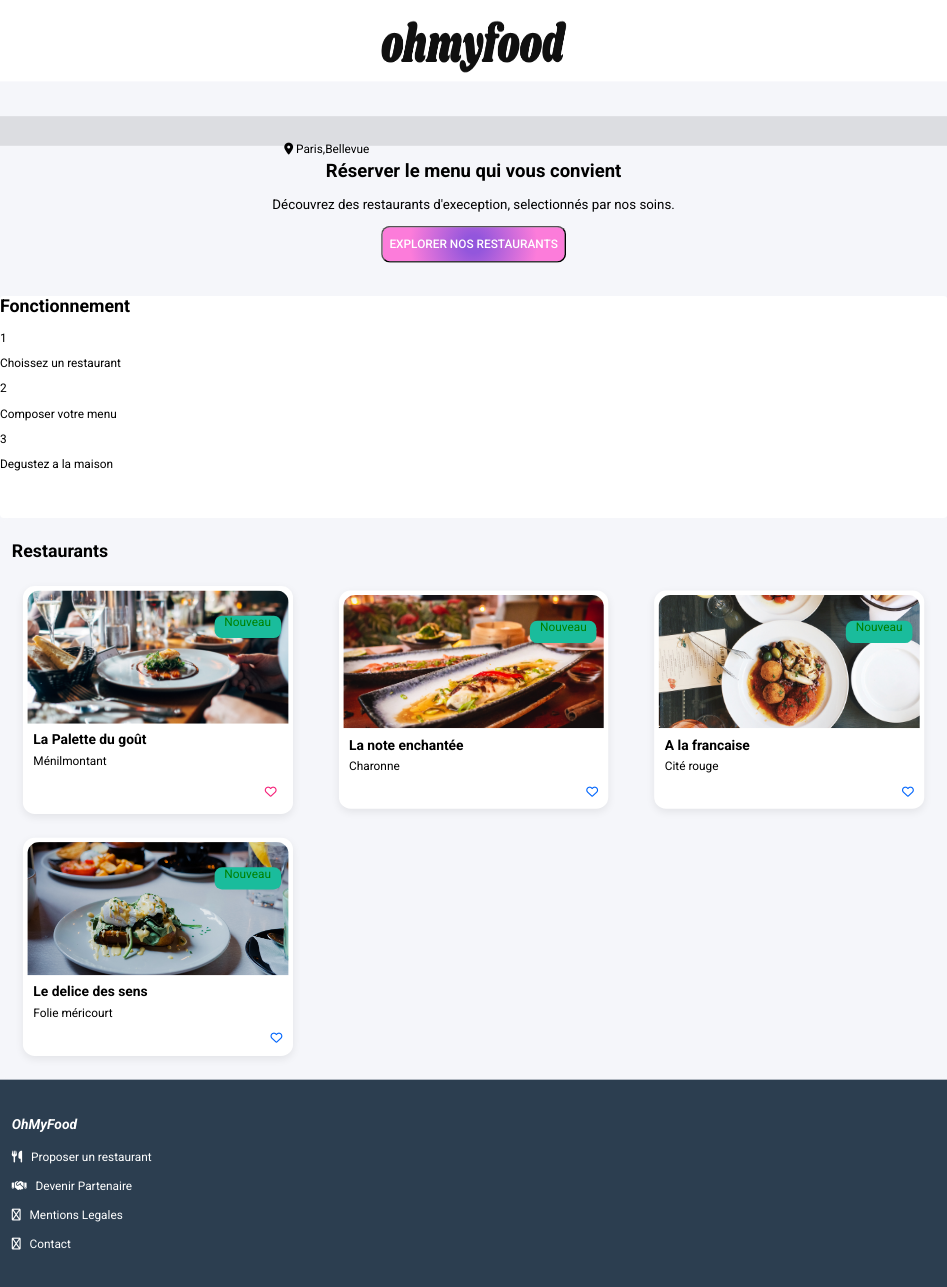
Repository: ultraasedev/ohmyfood
Page: index.html
These files come from the project's save history. The page is drawn as it stood at one moment and after the next save; the edit follows.
The browser window is 1280 px wide. The pictures show the whole page, at 74% of full size.
Some web fonts or font styles are not loaded; a fallback is used. Some web libraries are served in a nearby version.

Above is the page before, as saved 2022-10-27 18:41:59.

After the next save:
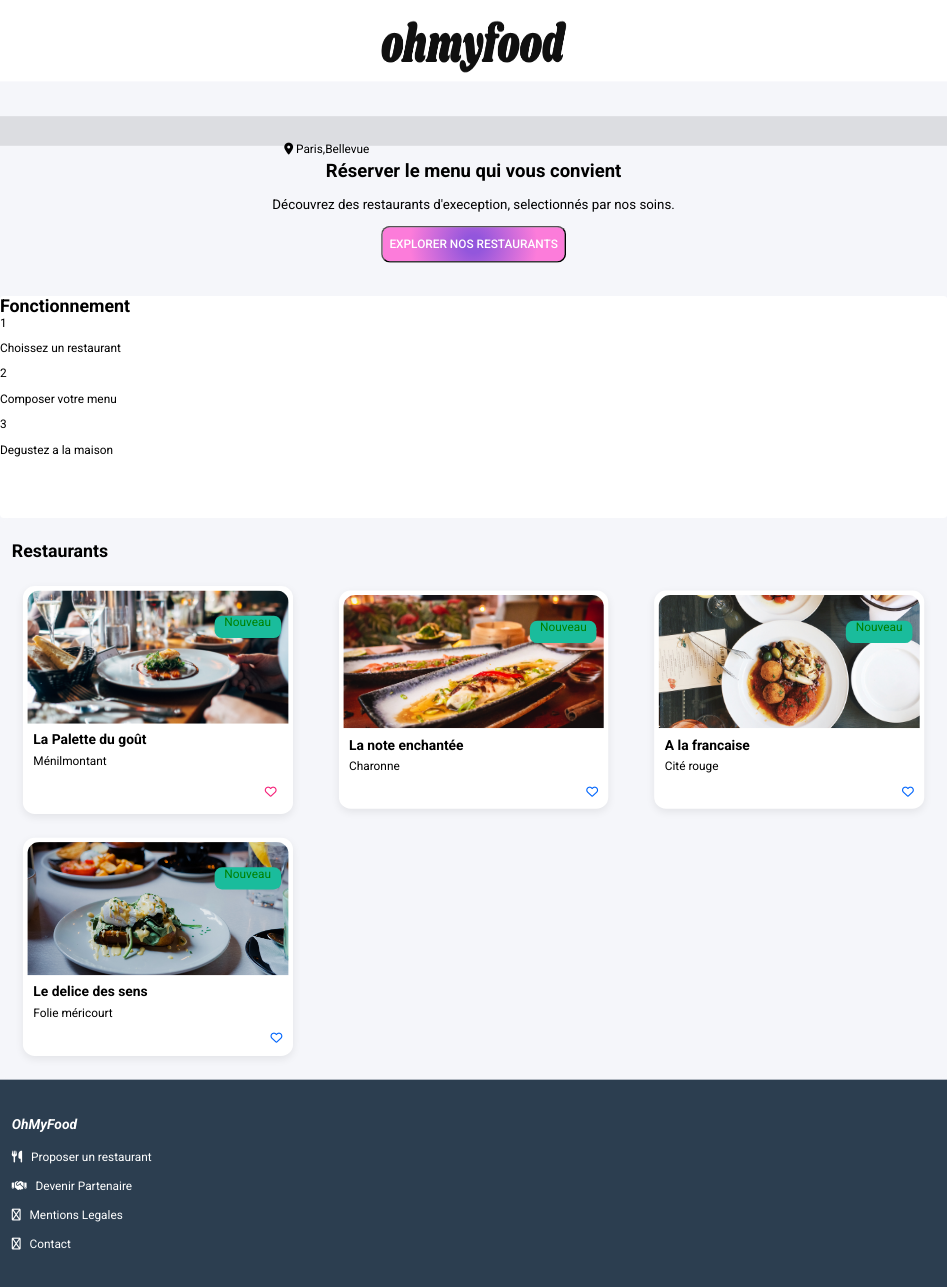
Saved 35 s later.
--- a/css/style.css
+++ b/css/style.css
@@ -118,7 +118,10 @@ header{
   border-radius: 5px;
 }
 
-
+.cont-fonc h2 {
+  grid-column: 1/-1;
+  margin: 0;
+}
 /* Content Article */
 .cont-art{
   background-color: #f5f6fa;
